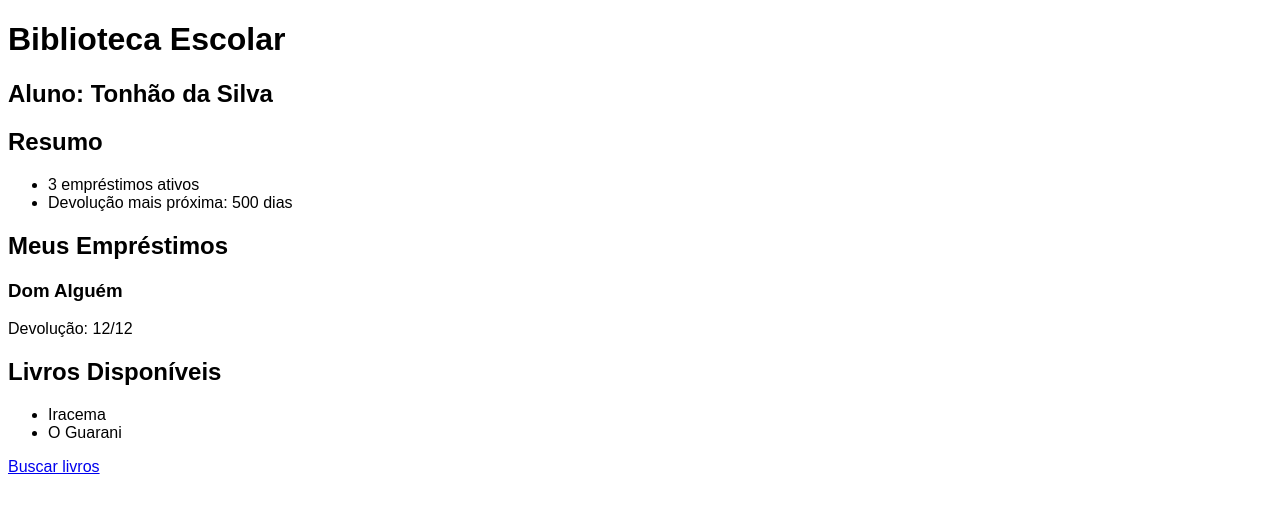
Repository: melloeduarda/html
Page: index.html
These files come from the project's save history. The page is drawn as it stood at one moment and after a run of saves; the edit follows.
The browser window is 1280 px wide. The pictures show the whole page.

Above is the page before, as saved 2026-10-28 16:34:55.

After the next 3 saves:
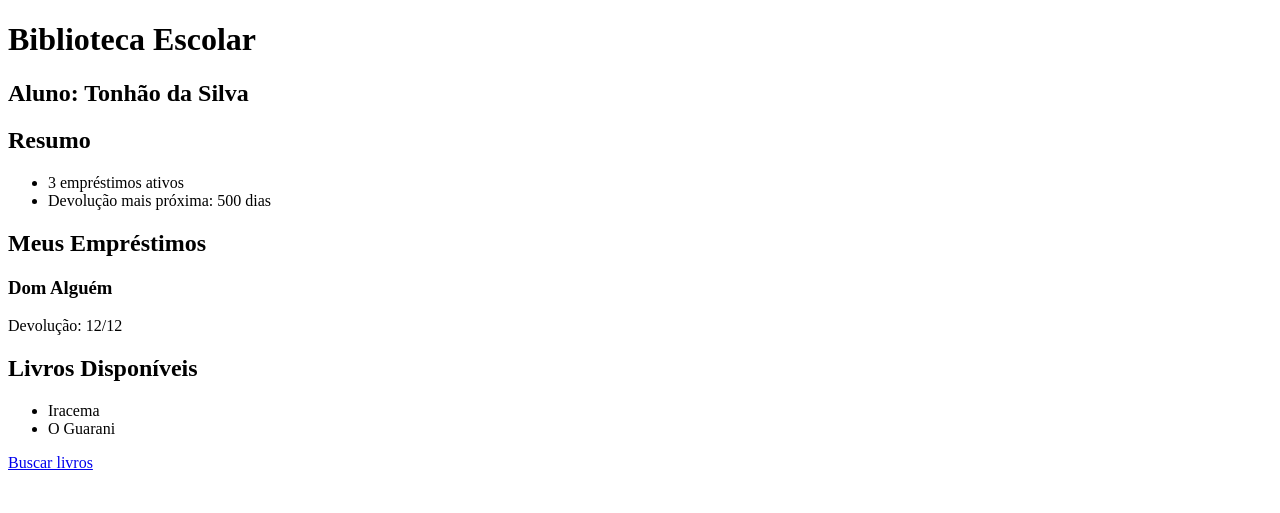
The 3 saves are shown as one change because they came seconds apart.
The last was saved 16 s later.
--- a/estilo.css
+++ b/estilo.css
@@ -1,4 +1,4 @@
 body {
-    font-family: sans-serif;
+    font-family: s;
     background-attachment: fixed;
 }
